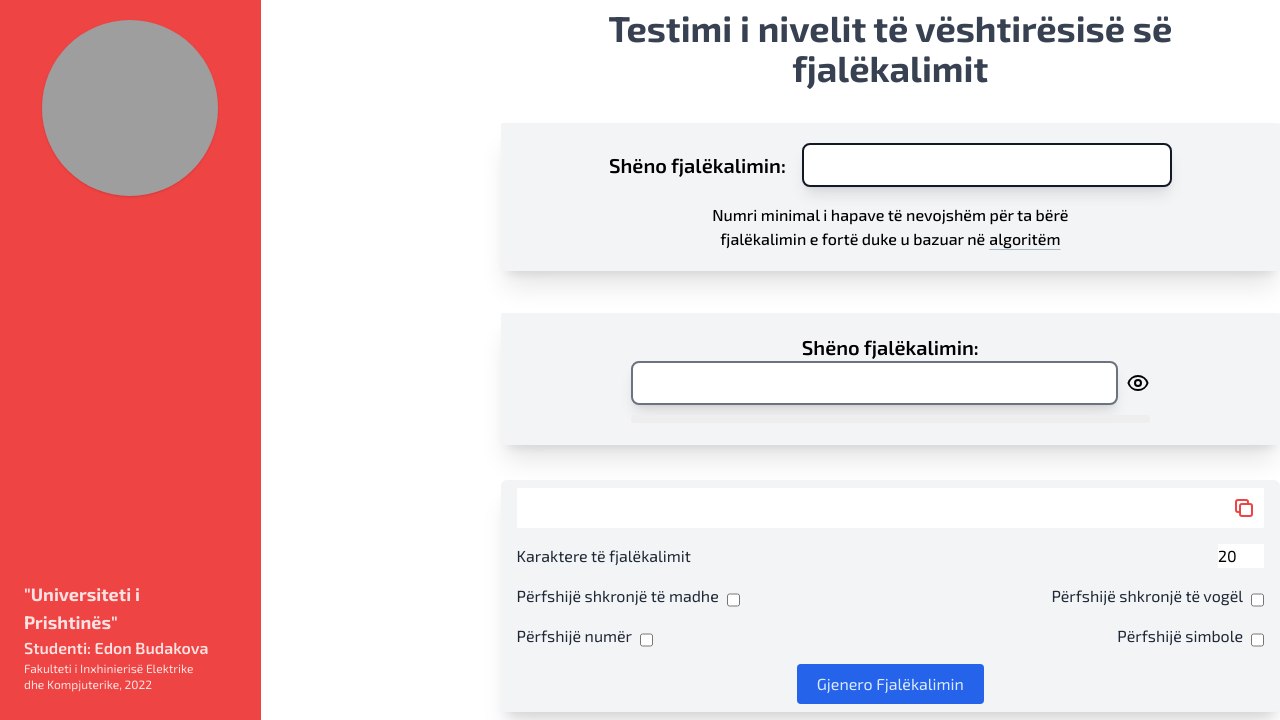
Repository: edonb99/Testing-the-level-of-password-difficulty
Page: /
The author's editor kept a copy of each file at every save. The page is drawn from the files as they stood at one save, then again after the next save.
The browser window is 1280 px wide. The pictures show the whole page.
Pictures or frames that could not be fetched are drawn as grey boxes. The project was rebuilt for these pictures with package versions that can differ from the ones it lists, and the page was loaded fresh each time.

Above is the page before, as saved 2022-03-21 13:33:49.

### src/index.css
@tailwind base;
@tailwind components;
@tailwind utilities;

::selection {
    background: #800000;
    color: #fff;
  }

  * {
    font-family: 'Exo 2', sans-serif;
  }

### src/App.js
import React, { useState } from "react";
import GeneratePass from "./components/GeneratePass";
import PasswordChecker from "./components/PasswordChecker";
import Sidebar from "./components/Sidebar";
import Algoritmi from "./components/Algoritmi";
const App = () => {
  const [userInfo, setuserInfo] = useState({
    password: "",
  });

  const [passwordShown, setPasswordShown] = useState(false);

  const [isError, setError] = useState(null);
  const handleChangePassword = (e) => {
    let password = e.target.value;
    setuserInfo({
      ...userInfo,
      password: e.target.value,
    });
    setError(null);
    let capsCount, smallCount, numberCount, symbolCount;
    if (password.length < 6) {
      setError(
        "Fjalëkalimi duhet të ketë së paku 6 karaktere duke përfshirë një shkronjë të madhe, të vogël, një numër dhe simbol"
      );
      return;
    } else {
      capsCount = (password.match(/[A-Z]/g) || []).length;
      smallCount = (password.match(/[a-z]/g) || []).length;
      numberCount = (password.match(/[0-9]/g) || []).length;
      symbolCount = (password.match(/\W/g) || []).length;

      if (capsCount < 1) {
        setError("Duhet të ketë së paku një shkronjë të madhe");
        return;
      } else if (smallCount < 1) {
        setError("Duhet të ketë së paku një shkronjë të vogël");
        return;
      } else if (numberCount < 1) {
        setError("Duhet të ketë së paku një numër");
        return;
      } else if (symbolCount < 1) {
        setError("Duhet të ketë së paku një karakter special");
        return;
      }
    }
  };

  const [isStrength, setStrength] = useState(null);
  const dataHandler = async (childData) => {
    setStrength(childData);
  };

  const onSubmit = async (event) => {
    try {
      event.preventDefault();
      event.persist();
      console.log(userInfo.password);
    } catch (error) {
      throw error;
    }
  };

  const togglePassword = () => {
    setPasswordShown(!passwordShown);
  };

  return (
    <div className="flex flex-col w-full md:h-screen md:flex-row md:space-x-60">
      <Sidebar />

      <div className="flex flex-col justify-between m-0">
        <h1 className="p-2 m-0 text-2xl font-bold text-center text-gray-700 md:text-4xl">
          Testimi i nivelit të vështirësisë së fjalëkalimit
        </h1>

        <Algoritmi />
        <div className="box-border m-0 bg-white">
          <div className="max-w-4xl mx-auto my-0 text-center bg-gray-100 rounded-sm shadow-xl ">
            <div className="flex flex-col items-center justify-between px-0">
              <form
                onSubmit={onSubmit}
                className="flex flex-col items-stretch w-4/5 px-0 pt-2 pb-4 md:w-2/3"
              >
                <label
                  className="flex mb-3 text-sm font-semibold md:text-lg"
                  htmlFor="password"
                >
                  {isError !== null && (
                    <p className="text-left text-red-600 "> {isError}</p>
                  )}
                </label>
                <h3 className="text-base font-normal md:text-xl md:font-semibold">
                  Shëno fjalëkalimin:{" "}
                </h3>
                <div className="flex flex-row space-x-2">
                  <input
                    className="w-full p-4 text-xl bg-white border-2 border-gray-500 border-solid rounded-lg shadow-lg h-11 md:h-11 "
                    type={passwordShown ? "text" : "password"}
                    id="password"
                    name="password"
                    onChange={handleChangePassword}
                    required
                  />
                  <button onClick={togglePassword}>
                    <svg
                      xmlns="http://www.w3.org/2000/svg"
                      className="w-6 h-6 hover:stroke-green-500"
                      fill="none"
                      viewBox="0 0 24 24"
                      stroke="currentColor"
                      onClick={togglePassword}
                    >
                      <path
                        strokeLinecap="round"
                        strokeLinejoin="round"
                        strokeWidth={2}
                        d="M15 12a3 3 0 11-6 0 3 3 0 016 0z"
                      />
                      <path
                        strokeLinecap="round"
                        strokeLinejoin="round"
                        strokeWidth={2}
                        d="M2.458 12C3.732 7.943 7.523 5 12 5c4.478 0 8.268 2.943 9.542 7-1.274 4.057-5.064 7-9.542 7-4.477 0-8.268-2.943-9.542-7z"
                      />
                    </svg>
                  </button>
                </div>
                <PasswordChecker
                  password={userInfo.password}
                  actions={dataHandler}
                />
                {isStrength === "Strong" && (
                  <button
                    type="submit"
                    className="h-10 py-2 text-lg text-white border-0 rounded-lg outline-none bg-gradient-to-br from-gray-300 to-gray-900 px-7"
                  >
                    Fjalëkalimi në rregull{" "}
                  </button>
                )}
              </form>
            </div>
          </div>
        </div>
        <GeneratePass />
      </div>
    </div>
  );
};
export default App;

### src/components/GeneratePass.jsx
import React, { useState } from "react";

import { toast } from "react-toastify";
import {
  numbers,
  upperCaseLetters,
  lowerCaseLetters,
  specialCharacters,
} from "../utils/characters.js";
import { COPY_SUCCESS } from "../utils/message";

const GeneratePass = () => {
  const [password, setPassword] = useState("");
  const [passwordLength, setPasswordLength] = useState(20);
  const [includeUppercase, setIncludeUppercase] = useState(false);
  const [includeLowercase, setIncludeLowercase] = useState(false);
  const [includeNumbers, setIncludeNumbers] = useState(false);
  const [includeSymbols, setIncludeSymbols] = useState(false);

  const handleGeneratePassword = (e) => {
    if (
      !includeUppercase &&
      !includeLowercase &&
      !includeNumbers &&
      !includeSymbols
    ) {
      notify("You must Select atleast one option", true);
    }
    let characterList = "";

    if (includeLowercase) {
      characterList = characterList + lowerCaseLetters;
    }

    if (includeUppercase) {
      characterList = characterList + upperCaseLetters;
    }

    if (includeNumbers) {
      characterList = characterList + numbers;
    }

    if (includeSymbols) {
      characterList = characterList + specialCharacters;
    }

    setPassword(createPassword(characterList));
  };
  const createPassword = (characterList) => {
    let password = "";
    const characterListLength = characterList.length;

    for (let i = 0; i < passwordLength; i++) {
      const characterIndex = Math.round(Math.random() * characterListLength);
      password = password + characterList.charAt(characterIndex);
    }
    return password;
  };

  const copyToClipboard = () => {
    const newTextArea = document.createElement("textarea");
    newTextArea.innerText = password;
    document.body.appendChild(newTextArea);
    newTextArea.select();
    document.execCommand("copy");
    newTextArea.remove();
  };

  const notify = (message, hasError = false) => {
    if (hasError) {
      toast.error(message, {
        position: "top-center",
        autoClose: 5000,
        hideProgressBar: false,
        closeOnClick: true,
        pauseOnHover: true,
        draggable: true,
        progress: undefined,
      });
    } else {
      toast(message, {
        position: "top-center",
        autoClose: 5000,
        hideProgressBar: false,
        closeOnClick: true,
        pauseOnHover: true,
        draggable: true,
        progress: undefined,
      });
    }
  };

  const handleCopyPassword = (e) => {
    if (password === "") {
      notify("Nothing To Copy", true);
    } else {
      copyToClipboard();
      notify(COPY_SUCCESS);
    }
  };

  return (
    <div className="w-full mx-auto my-0 mt-2">
      <div className="px-4 py-2 mb-2 bg-gray-100 rounded-md shadow-xl">
        <div className="flex flex-row justify-between px-0 py-2 mb-4 bg-white md:px-2">
          <h3 className="text-base font-normal md:font-semibold">{password}</h3>
          <button
            onClick={handleCopyPassword}
            className="text-red-500 bg-white border-none cursor-pointer top-1 right-1 "
          >
            <svg
              xmlns="http://www.w3.org/2000/svg"
              className="flex w-6 h-6"
              fill="none"
              viewBox="0 0 24 24"
              stroke="currentColor"
            >
              <path
                strokeLinecap="round"
                strokeLinejoin="round"
                strokeWidth={2}
                d="M8 16H6a2 2 0 01-2-2V6a2 2 0 012-2h8a2 2 0 012 2v2m-6 12h8a2 2 0 002-2v-8a2 2 0 00-2-2h-8a2 2 0 00-2 2v8a2 2 0 002 2z"
              />
            </svg>
          </button>
        </div>

        <div className="flex flex-row justify-between mb-2 md:mb-4">
          <label htmlFor="password-strength" className="text-gray-800">
            Karaktere të fjalëkalimit
          </label>
          <input
            defaultValue={passwordLength}
            onChange={(e) => setPasswordLength(e.target.value)}
            type="number"
            id="password-strength"
            name="password-strength"
            max="20"
            min="10"
          />
        </div>

        <div className="flex flex-col justify-between md:flex-row">
          <div className="flex flex-row justify-between mb-2 text-gray-800 md:mb-4">
            <label htmlFor="uppercase-letters">
              Përfshijë shkronjë të madhe
            </label>
            <input
              checked={includeUppercase}
              onChange={(e) => setIncludeUppercase(e.target.checked)}
              type="checkbox"
              id="uppercase-letters"
              name="uppercase-letters"
              className="mt-2 ml-2"
            />
          </div>

          <div className="flex justify-between mb-2 text-gray-800 md:mb-4">
            <label htmlFor="lowercase-letters">
              Përfshijë shkronjë të vogël
            </label>
            <input
              checked={includeLowercase}
              onChange={(e) => setIncludeLowercase(e.target.checked)}
              type="checkbox"
              id="lowercase-letters"
              name="lowercase-letters"
              className="mt-2 ml-2"
            />
          </div>
        </div>

        <div className="flex flex-col md:flex-row md:justify-between">
          <div className="flex justify-between mb-2 text-gray-800 md:mb-4">
            <label htmlFor="include-numbers">Përfshijë numër</label>
            <input
              checked={includeNumbers}
              onChange={(e) => setIncludeNumbers(e.target.checked)}
              type="checkbox"
              id="include-numbers"
              name="include-numbers"
              className="mt-2 ml-2"
            />
          </div>

          <div className="flex justify-between mb-2 text-gray-800 md:mb-4">
            <label htmlFor="include-symbols">Përfshijë simbole</label>
            <input
              checked={includeSymbols}
              onChange={(e) => setIncludeSymbols(e.target.checked)}
              type="checkbox"
              id="include-symbols"
              name="include-symbols"
              className="mt-2 ml-2"
            />
          </div>
        </div>

        <button
          onClick={handleGeneratePassword}
          className="block w-full p-2 mx-auto my-0 text-base text-blue-100 transition-all duration-500 bg-blue-600 border-none rounded md:w-1/4 translate scale hover:scale-110 hover:bg-blue-900 hover:text-blue-200 curser-pointer"
        >
          Gjenero Fjalëkalimin
        </button>
      </div>
    </div>
  );
};

export default GeneratePass;

### src/components/PasswordChecker.jsx
import React from "react";
import "../styles/password.css";
const PasswordChecker = (props) => {
  const { password } = props;

  const testedResult = password;
  const createPasswordLabel = () => {
    let score = 0;
    let regexPositive = ["[A-Z]", "[a-z]", "[0-9]", "\\W"];
    regexPositive.forEach((regex, index) => {
      if (new RegExp(regex).test(testedResult)) {
        score += 1;
      }
    });
    switch (score) {
      case 0:
        return {
          value: 0,
          info: "",
        };
      case 1:
        return {
          value: 1,
          info: "Dobët",
        };
      case 2:
        return {
          value: 2,
          info: "Mirë",
        };
      case 3:
        return {
          value: 3,
          info: "ShumëMirë",
        };
      case 4:
        return {
          value: 4,
          info: "Fuqishëm",
        };
      default:
        return null;
    }
  };
  {
    props.actions(createPasswordLabel().info);
  }

  return (
    <div className="w-full password-strength-meter ">
      <progress
        className={`password-strength-meter-progress strength-${
          createPasswordLabel().info
        }`}
        value={createPasswordLabel().value}
        max="4"
      />
      <br />
      <p className="text-base">
        {password && (
          <p
            className={`text-center text-base md:text-xl font-medium password__label strength-${
              createPasswordLabel().info
            }`}
          >
            Fuqia e fjalëkalimit: <span>{createPasswordLabel().info} </span>
          </p>
        )}
      </p>
    </div>
  );
};
export default PasswordChecker;

### src/components/Sidebar.jsx
import React from "react";

const Sidebar = () => {
  return (
    <div className="flex flex-row-reverse items-center justify-between pb-2 pl-3 bg-red-500 md:flex-col md:px-6 md:justify-between">
      <div className="mt-5 w-44 h-44">
        <a
          title="Universiteti i Prishtinës"
          href="https://fiek.uni-pr.edu/"
          target="_blank"
          rel="noreferrer"
          class="block w-32 h-32 md:w-44 md:h-44 transition-all rounded-full shadow hover:shadow-xl transform scale hover:scale-110 duration-300"
        >
          <img
            class="object-cover object-center w-full h-full rounded-full"
            alt=""
            src="https://upload.wikimedia.org/wikipedia/commons/thumb/e/e1/University_of_Prishtina_logo.svg/2053px-University_of_Prishtina_logo.svg.png"
          />
        </a>
      </div>
      <div className="mb-5 text-left transition-all duration-500 transform scale hover:shadow-lg transform-all hover:scale-125">
        <h1 className="text-base font-bold text-red-100 md:text-lg">
          "Universiteti i Prishtinës"
        </h1>
        <h2 className="text-sm font-semibold text-red-100 md:text-base">
          Studenti: Edon Budakova
        </h2>
        <h3 className="text-xs font-normal text-red-100 md:text-xs">
          Fakulteti i Inxhinierisë Elektrike <br /> dhe Kompjuterike, 2022
        </h3>
      </div>
    </div>
  );
};

export default Sidebar;

### src/components/Algoritmi.jsx
import React, { useState } from "react";

export default function Algoritmi() {
  const [result, setResult] = useState("");

  function strongPasswordChecker(password) {
    let adds = Math.max(0, 6 - password.length);
    let subs = Math.max(0, password.length - 20);

    let lower = (password.match(/[a-z]/g) ?? []).length === 0 ? 1 : 0;
    let upper = (password.match(/[A-Z]/g) ?? []).length === 0 ? 1 : 0;
    let number = (password.match(/[0-9]/g) ?? []).length === 0 ? 1 : 0;
    let mods = lower + upper + number;
    let tris = (password.match(/(.)\1{2,2}/g) ?? []).length;

    let grps = (password.match(/(.)\1{2,}/g) ?? []).map((value) => {
      return value.length;
    });
    for (let i = subs; i && grps.length; i--) {
      grps = grps
        .filter((k) => {
          return k >= 3;
        })
        .sort((a, b) => {
          return (a % 3) - (b % 3);
        });
      tris -= grps[0] % 3 === 0 ? 1 : 0;
      grps[0]--;
    }

    let steps = 0;
    steps = Math.max(steps, tris);
    steps = Math.max(steps, mods);
    steps = Math.max(steps, adds);
    steps = steps + subs;
    setResult(steps);
  }

  return (
    <div className="mb-4">
      <div className="box-border m-0 ">
        <div className="max-w-4xl p-5 mx-auto my-0 text-center bg-gray-100 rounded-sm shadow-xl ">
          <div className="flex flex-col items-center justify-between"></div>
          <div className="flex flex-col md:flex-row md:space-x-4 md:justify-center md:items-center ">
            <h2 className="text-base font-normal md:text-xl md:font-semibold">
              Shëno fjalëkalimin:{" "}
            </h2>
            <input
              type="text"
              className="w-full h-8 p-4 text-xl bg-white border-2 border-gray-900 border-solid rounded-lg shadow-lg md:w-1/2 md:h-11"
              onChange={(e) => strongPasswordChecker(e.target.value)}
            ></input>
          </div>
          <div className="flex flex-row items-start justify-start mt-4 md:items-center md:justify-center">
            <div className="flex flex-col items-start justify-start space-x-4">
              <p className="text-sm font-medium md:mx-2 md:text-base">
                Numri minimal i hapave të nevojshëm për ta bërë
              </p>
              <p className="text-sm font-medium md:mx-2 md:text-base">
                {" "}
                fjalëkalimin e fortë duke u bazuar në
                <a
                  href="https://leetcode.com/problems/strong-password-checker/" rel="noreferrer"
                  target="_blank"
                  className="underline underline-offset-4
                          decoration-sky-900/[.33] ml-1"
                >
                  algoritëm
                </a>
              </p>
            </div>
            <div className="text-5xl font-semibold text-red-500 ">{result}</div>
          </div>
        </div>
      </div>
    </div>
  );
}

### src/utils/characters.js
export const numbers = '0123456789'
export const upperCaseLetters = 'ABCDEFGHIJKLMNOPQRSTUVWXYZ'
export const lowerCaseLetters = 'abcdefghijklmnopqrstuvwxyz'
export const specialCharacters = "@$!%*?&"

### src/utils/message.js
export const COPY_SUCCESS = 'Password successfully copied to clipboard'

### src/styles/password.css
.password-strength-meter {
    text-align: left;
  }
  .password-strength-meter-progress {
    -webkit-appearance: none;
    appearance: none;
    width: 100%;
    height: 8px;
  }
  .password-strength-meter-progress::-webkit-progress-bar {
    background-color: #eee;
    border-radius: 3px;
  }
  .password-strength-meter-label {
    font-size:  16px;
  }
  .password-strength-meter-progress::-webkit-progress-value {
    border-radius: 2px;
    background-size: 35px 20px, 100% 100%, 100% 100%;
  }
  .password__label{margin-top:10px;margin-bottom: 0px;}

  .strength-Dobët::-webkit-progress-value {
    background-color: #ff0400;
  }
  .strength-Mirë::-webkit-progress-value {
    background-color: #ffcc00;
  }
  .strength-ShumëMirë::-webkit-progress-value {
    background-color: #00b3ff;
  }
  .strength-Fuqishëm::-webkit-progress-value {
    background-color: #03b11a;
  }
  .strength-Dobët span {
    color: #ff0400;
  }
  .strength-Mirë span {
    color: #ffcc00;
  }
  .strength-ShumëMirë span {
    color: #00b3ff;
  }
  .strength-Fuqishëm span {
    color: #03b11a;
  }

Loaded but not shown: public/index.html (common file); src/index.js (common file); tailwind.config.js (common file)

After the next save:
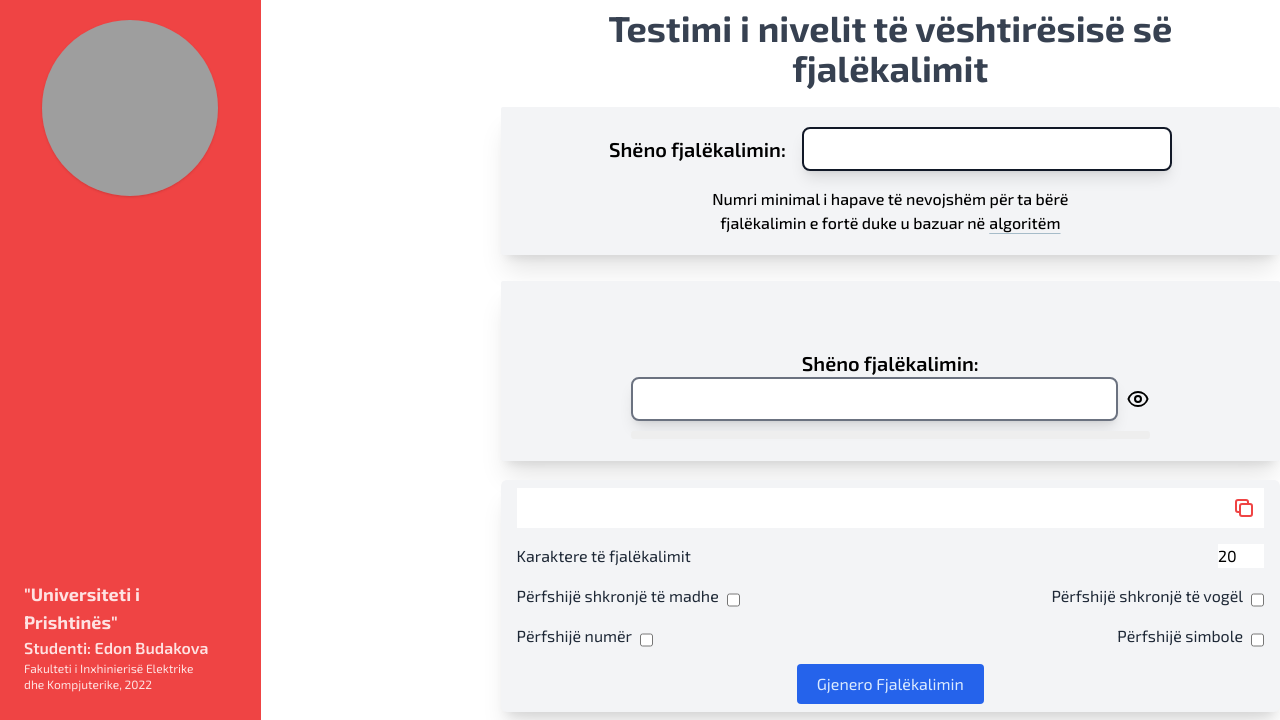
Saved 25 h 4 min later.
--- a/src/App.js
+++ b/src/App.js
@@ -83,7 +83,7 @@ const App = () => {
                 className="flex flex-col items-stretch w-4/5 px-0 pt-2 pb-4 md:w-2/3"
               >
                 <label
-                  className="flex mb-3 text-sm font-semibold md:text-lg"
+                  className="flex h-12 mb-3 text-sm font-semibold md:text-lg"
                   htmlFor="password"
                 >
                   {isError !== null && (
